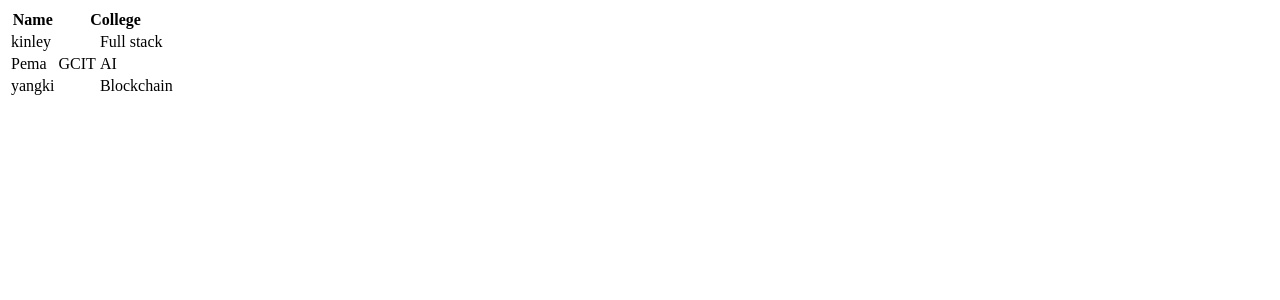
Repository: Pema-yangki/Css
Page: fed.html
An editor plug-in stored every save of this project. The page is shown before and after a run of saves, followed by the edit.
The browser window is 1280 px wide. The pictures show the whole page.

Above is the page before, as saved 2024-03-15 14:38:39.

After the next 2 saves:
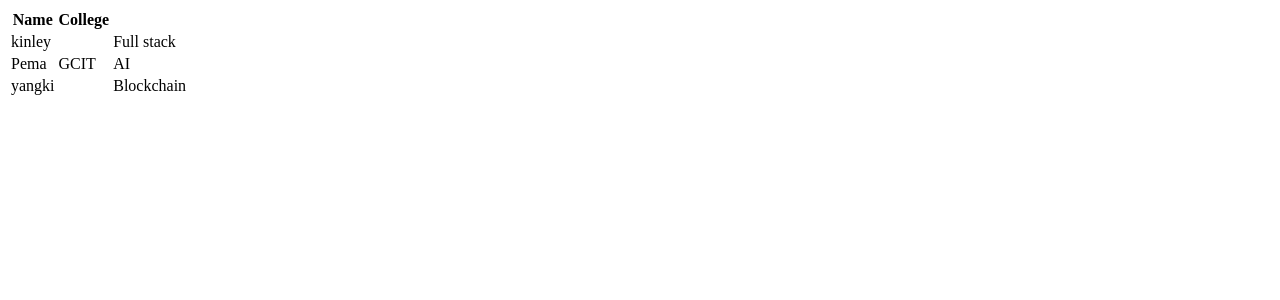
The 2 saves are shown as one change because they came seconds apart.
The last was saved 11 s later.
--- a/fed.html
+++ b/fed.html
@@ -35,7 +35,7 @@
    <table>
     <tr>
         <th>Name</th>
-        <th colspan="2">College</th>
+        <th>College</th>
     </tr>
     <tr>
         <td>kinley</td>
